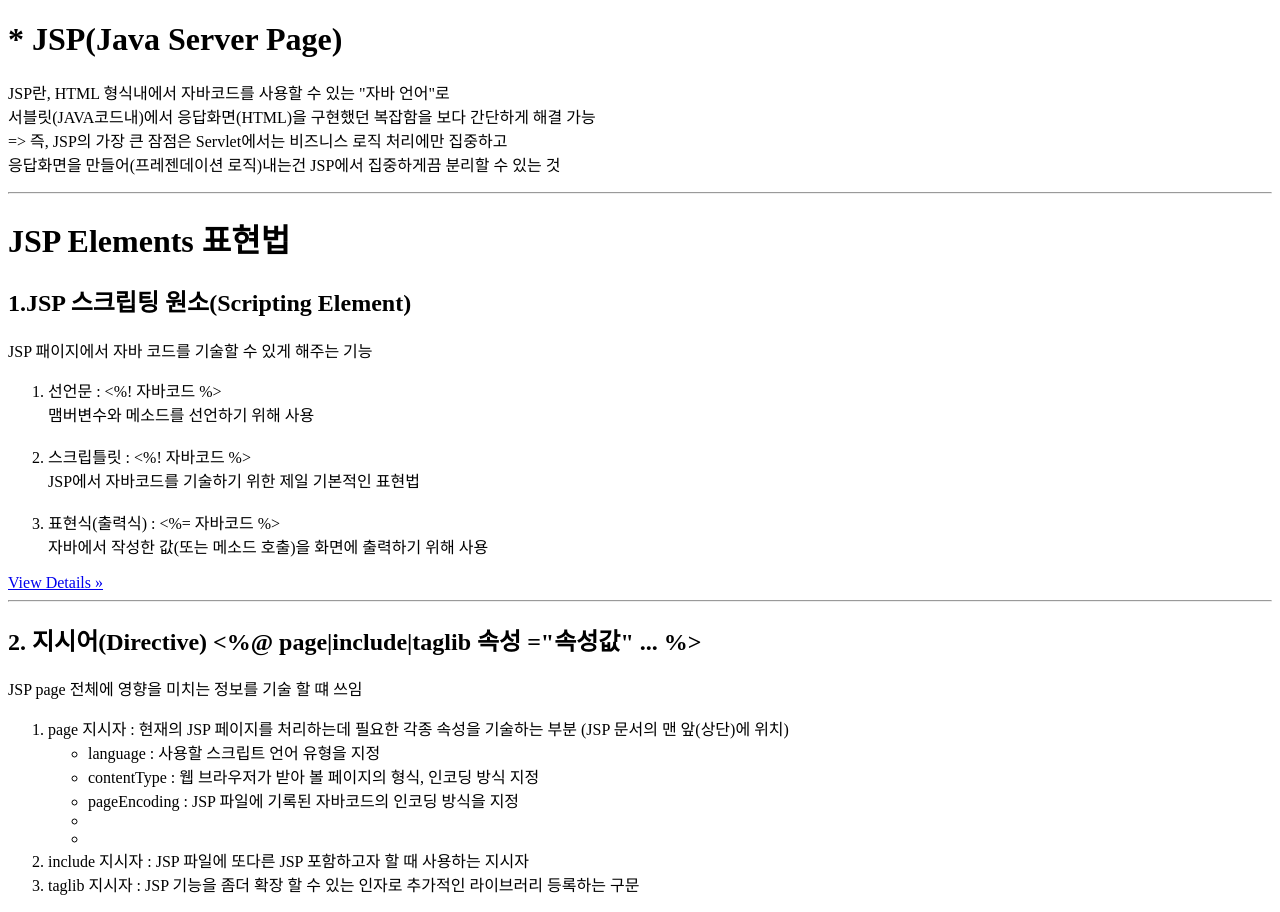
Repository: BrianH29/BH_webserver_workspace1
Page: webserver_workspace1/2_JSP/WebContent/index.html
An editor plug-in stored every save of this project. The page is shown before and after the next save, followed by the edit.
The browser window is 1280 px wide. The pictures show the whole page.

Above is the page before, as saved 2020-08-31 02:12:32.

After the next save:
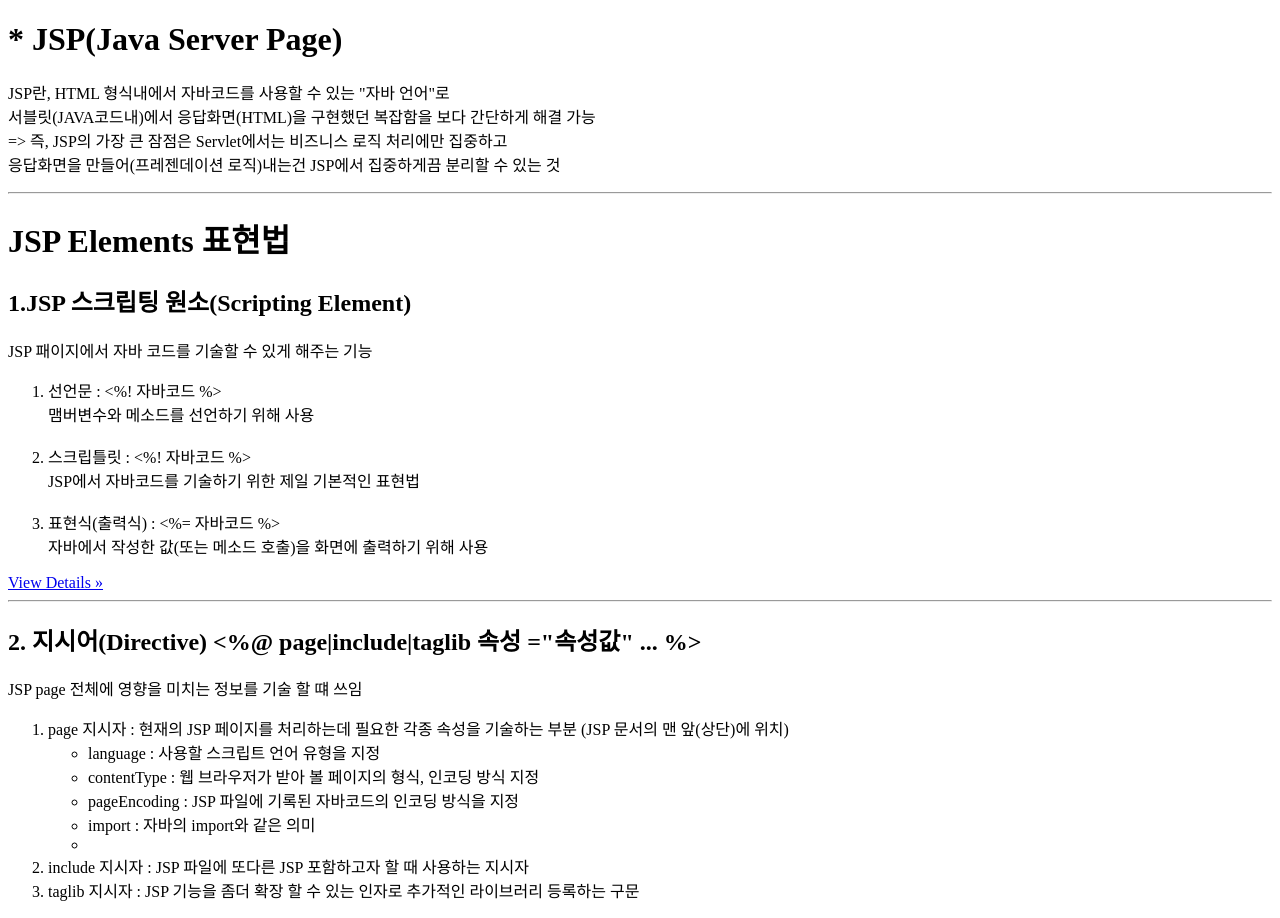
Saved 82 s later.
--- a/webserver_workspace1/2_JSP/WebContent/index.html
+++ b/webserver_workspace1/2_JSP/WebContent/index.html
@@ -53,7 +53,7 @@
 				<li>language : 사용할 스크립트 언어 유형을 지정</li>
 				<li>contentType : 웹 브라우저가 받아 볼 페이지의 형식, 인코딩 방식 지정</li>
 				<li>pageEncoding : JSP 파일에 기록된 자바코드의 인코딩 방식을 지정</li>
-				<li></li>
+				<li>import : 자바의 import와 같은 의미</li>
 				<li></li>
 			</ul>
 		</li>
